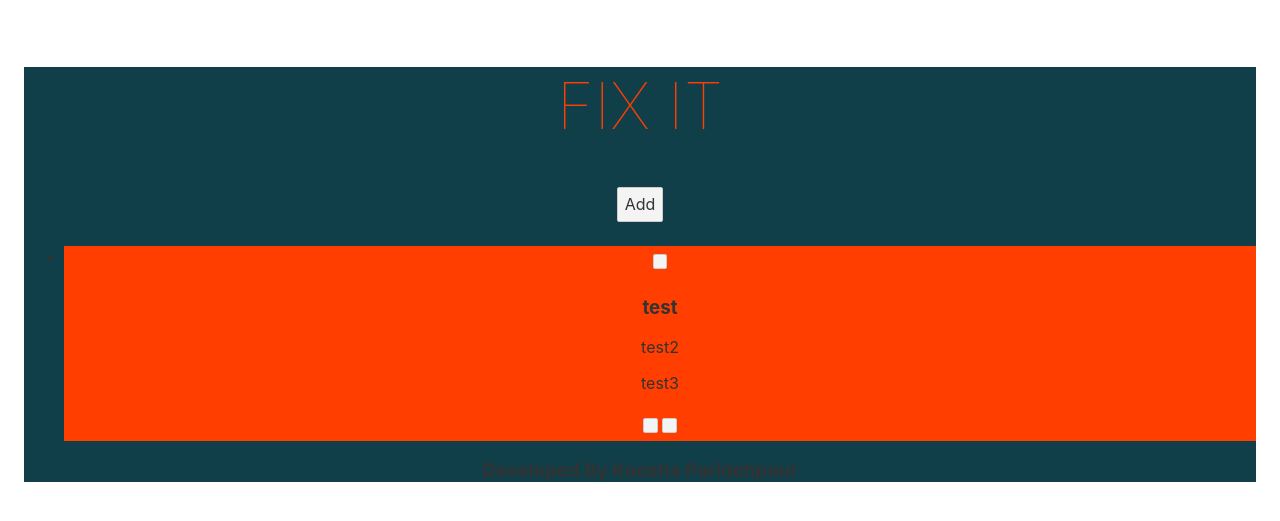
Repository: KooshaPari/fixit-go
Page: / (app in frontend/)
These files come from the project's save history. The page is drawn as it stood at one moment and after the next save; the edit follows.
The browser window is 1280 px wide. The pictures show the whole page.
The project was rebuilt for these pictures with package versions that can differ from the ones it lists, and the page was loaded fresh each time.

Above is the page before, as saved 2024-09-23 20:38:52.

After the next save:
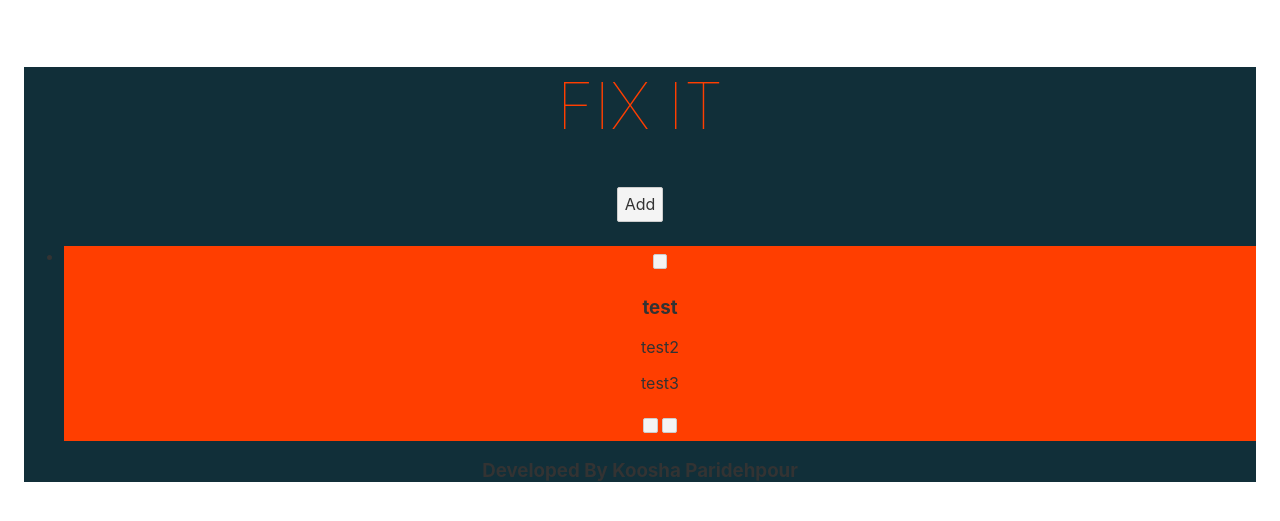
Saved 7 s later.
--- a/frontend/src/App.svelte
+++ b/frontend/src/App.svelte
@@ -106,6 +106,6 @@
 		width:100%;
 
 		display: block;
-		background-color: #113F49
+		background-color: #112F39
 	}
 </style>
